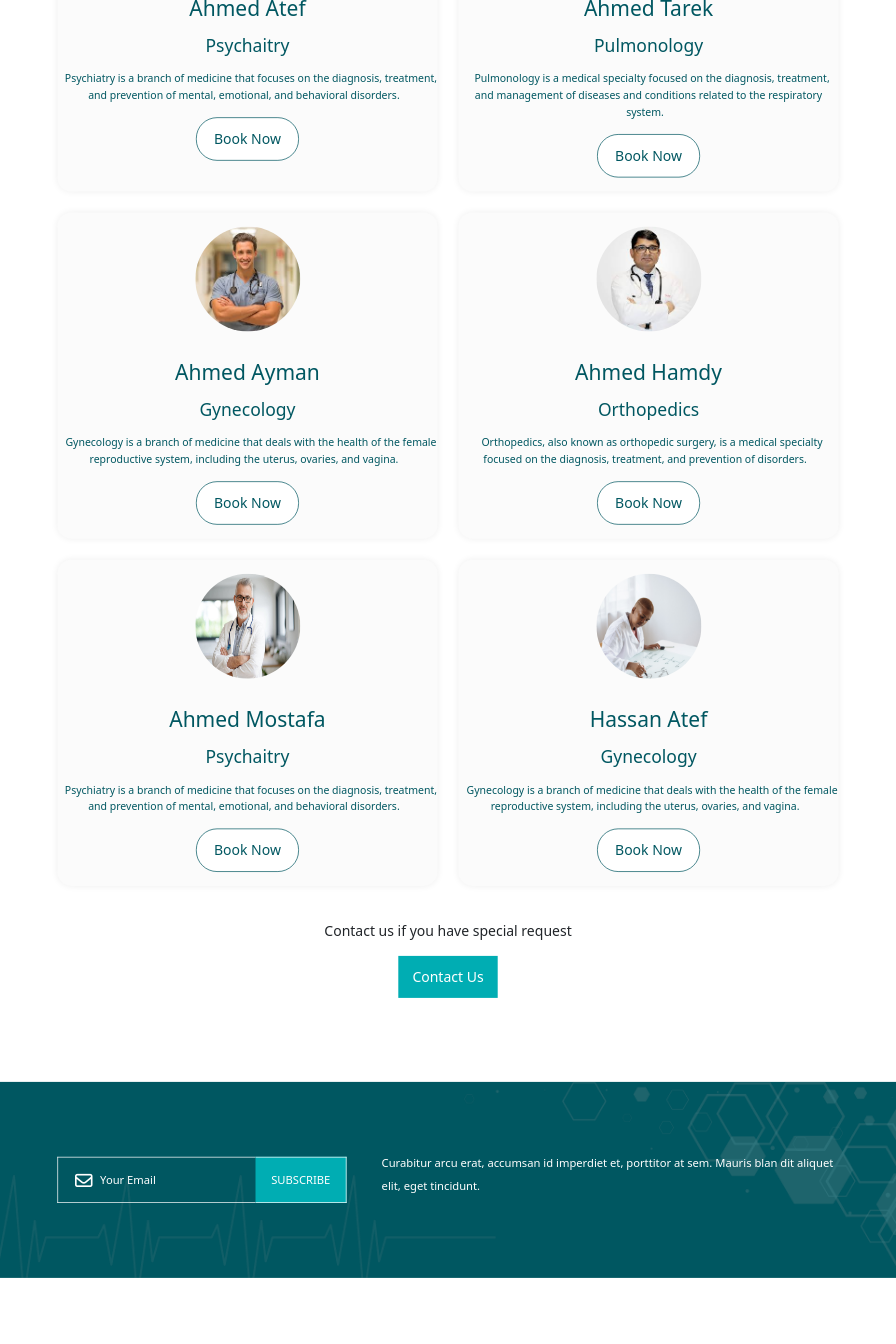
Repository: Ahmed123rezk123/Clinic
Page: index.html
These files come from the project's save history. The page is drawn as it stood at one moment and after a run of saves; the edit follows.
The browser window is 1280 px wide. The pictures show the part of the page from y = 2841 to 4761 px (the page is 6039 px tall before and 6043 px after), at 70% of full size.
Some web fonts or font styles are not loaded; a fallback is used.

Above is the page before, as saved 2024-04-26 18:11:22.

After the next 4 saves:
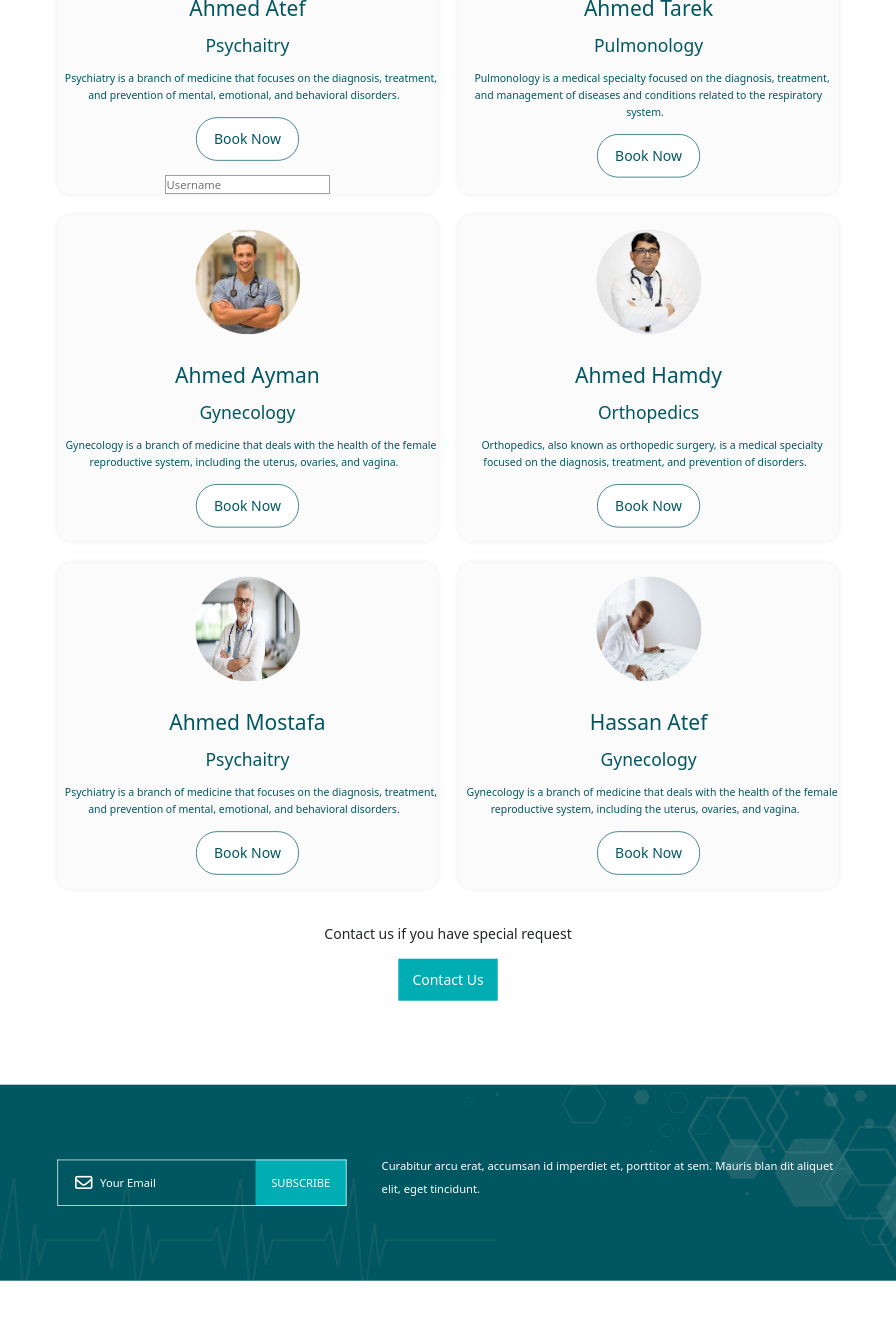
The 4 saves are shown as one change because they came seconds apart.
The last was saved 24 s later.
--- a/index.html
+++ b/index.html
@@ -193,7 +193,9 @@
           </div>
           <button onclick="book();">Book Now</button>
           <div class="formation">
-
+            <form>
+              <input type=text placeholder=Username>
+            </form>
           </div>
         </div>
         <div class="box">
